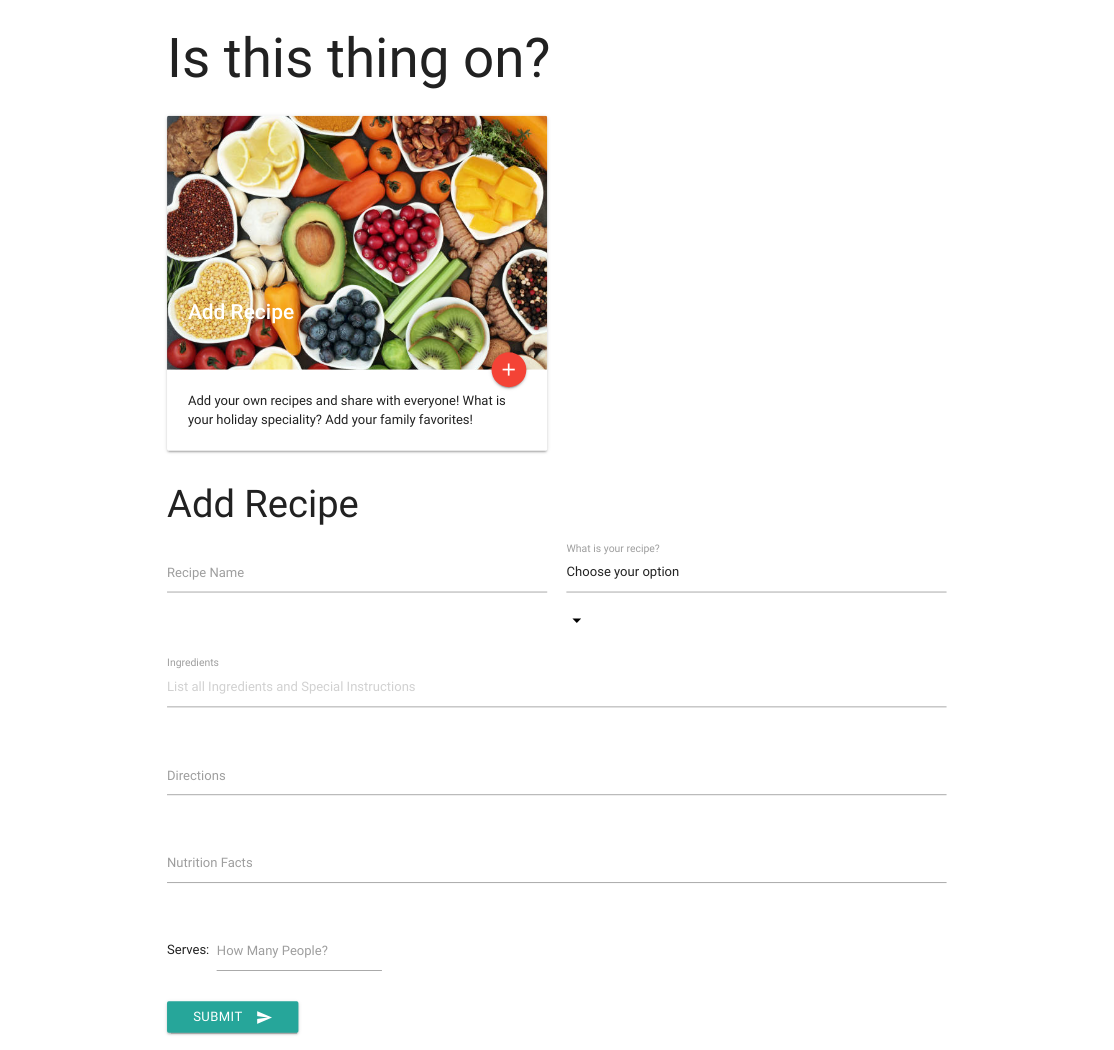
Repository: callendera/MilestoneProject3
Page: http://localhost/
The author's editor kept a record of every edit. The page is drawn from the files as they stood at one moment, then again after a run of edits.
The browser window is 1280 px wide. The pictures show the whole page, at 87% of full size.
The page is served by the project's application, run on Flask 3 (recipe.py). Queries for data that is not in the repository find no rows.

Above is the page before.

After the next 2 edits:
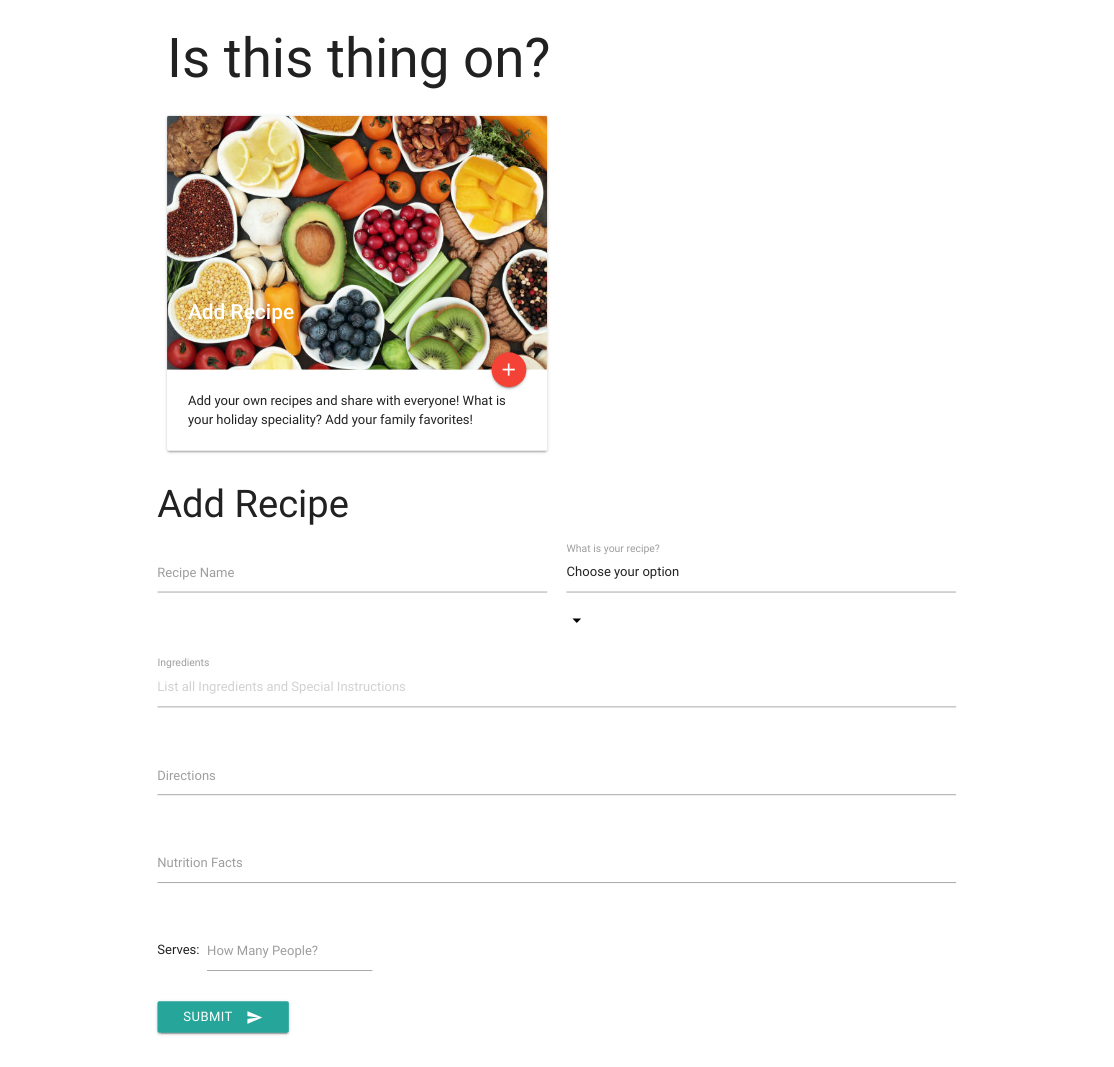
The 2 edits are shown as one change because 1 did not build or start.
The edit:
--- a/templates/recipes.html
+++ b/templates/recipes.html
@@ -16,8 +16,9 @@
 </div>
 
 <!---FROM TUTOR CONVERSTAION PASTED TO WORD!!!! adjust column size to have the 3x2 layout-->
-{% for recipes in from_scratch %}
+
 <div class="row">
+    {% for recipes in from_scratch %}
     <div class="col sm12 m12 l12  my-flow-text">
         <div class="card card-height-width">
             <div class="card-image">
